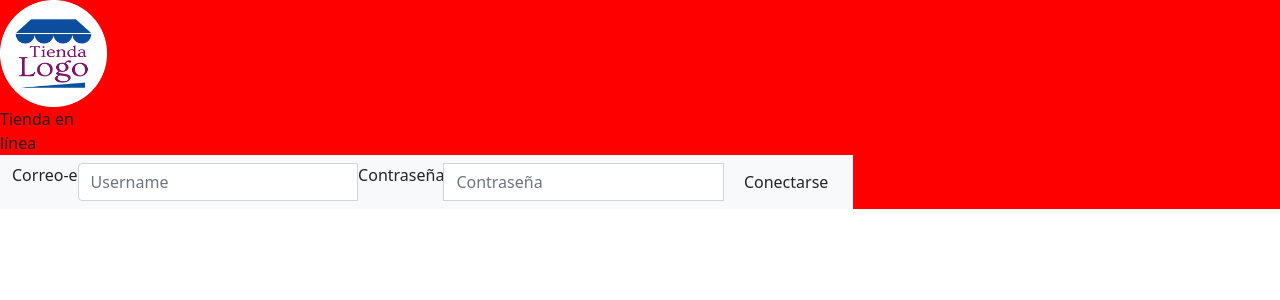
Repository: nicorp00/bootstrapSass
Page: Main/index.html
An editor plug-in stored every save of this project. The page is shown before and after a run of saves, followed by the edit.
The browser window is 1280 px wide. The pictures show the whole page.
The style sheet was rebuilt from its Sass, Less or Tailwind sources for each picture, by a compiler version that may differ from the author's.

Above is the page before, as saved 2022-03-25 11:00:36.

After the next 2 saves:
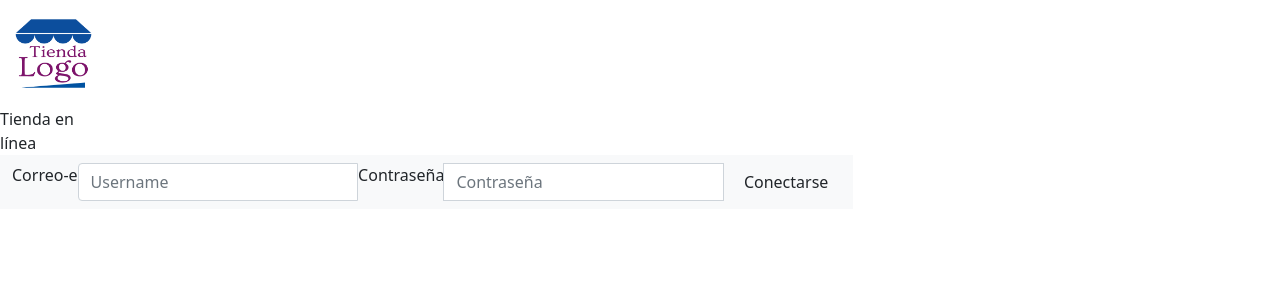
The 2 saves are shown as one change because they came seconds apart.
The last was saved 19 s later.
--- a/Main/scss/_section__top.scss
+++ b/Main/scss/_section__top.scss
@@ -1,3 +1,5 @@
 .section__top{
-    background-color: red;
+    nav{
+        background-color: red;
+    }
 }
